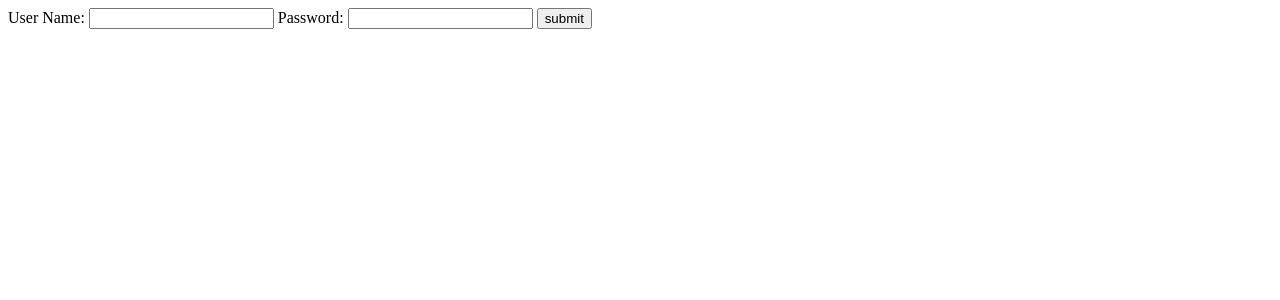
Repository: PNSVN3035/excelr-evening-full-stack
Page: http://localhost/login-application/welcom.jsp
These files come from the project's save history. The page is drawn as it stood at one moment and after the next save; the edit follows.
The browser window is 1280 px wide. The pictures show the whole page.
The page is served by Tomcat 9.

Above is the page before, as saved 2024-05-23 01:23:06.

After the next save:
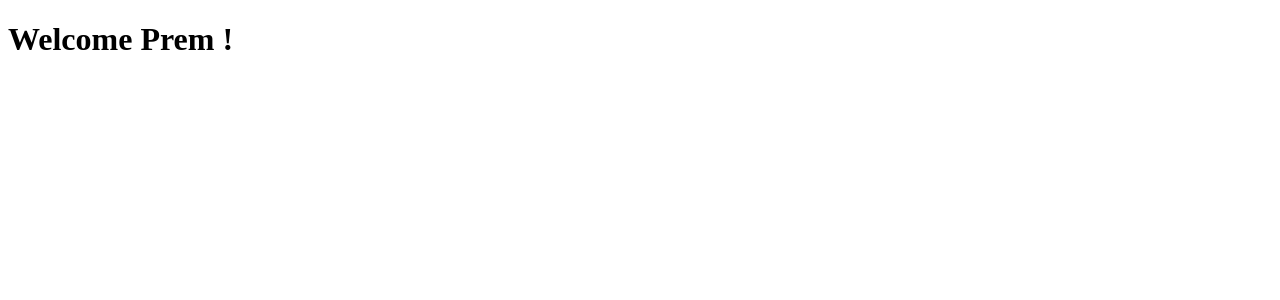
Saved 39 s later.
--- a/ExcelREvening/Backend/servlets-and-jsp/04-servlets-and-jsp-projects/login-application/src/main/webapp/welcom.jsp
+++ b/ExcelREvening/Backend/servlets-and-jsp/04-servlets-and-jsp-projects/login-application/src/main/webapp/welcom.jsp
@@ -5,10 +5,6 @@
 		<title>Welcome Page</title>
 	</head>
 	<body>
-	<form action=loginApplication>
-		User Name: <input type="text" name="userName"/>
-		Password: <input type="text" name="password"/>
-		<input type="submit" value="submit"/>
-	</form>
+	<h1>Welcome Prem !</h1>
 	</body>
 </html>
